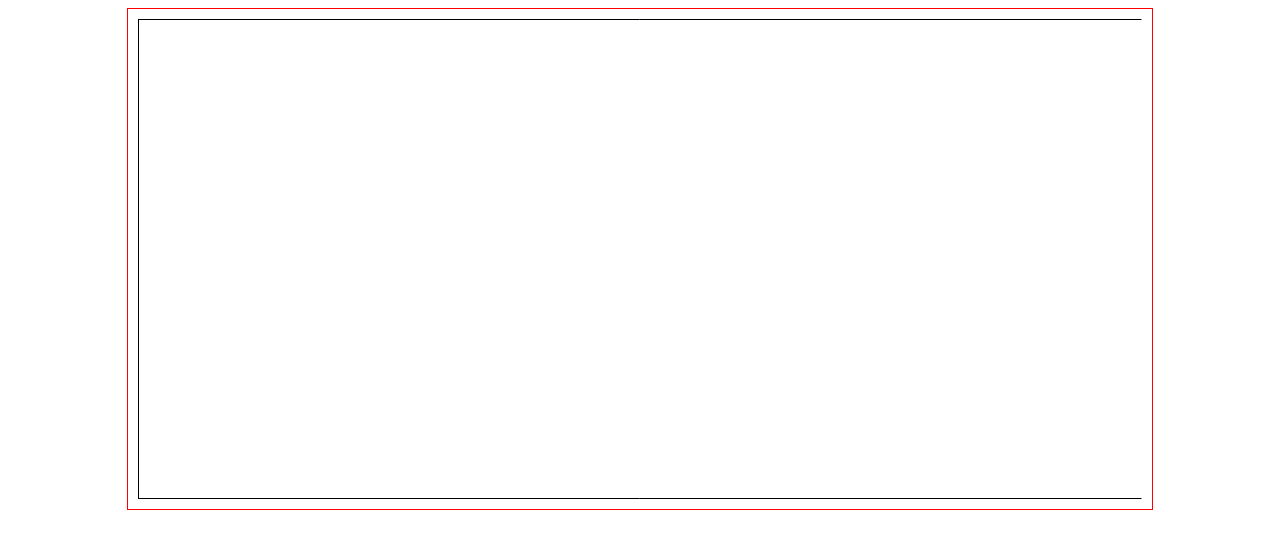
Repository: cw19931024/Demo
Page: canvas.html
These files come from the project's save history. The page is drawn as it stood at one moment and after the next save; the edit follows.
The browser window is 1280 px wide. The pictures show the whole page.

Above is the page before, as saved 2017-07-27 11:00:28.

After the next save:
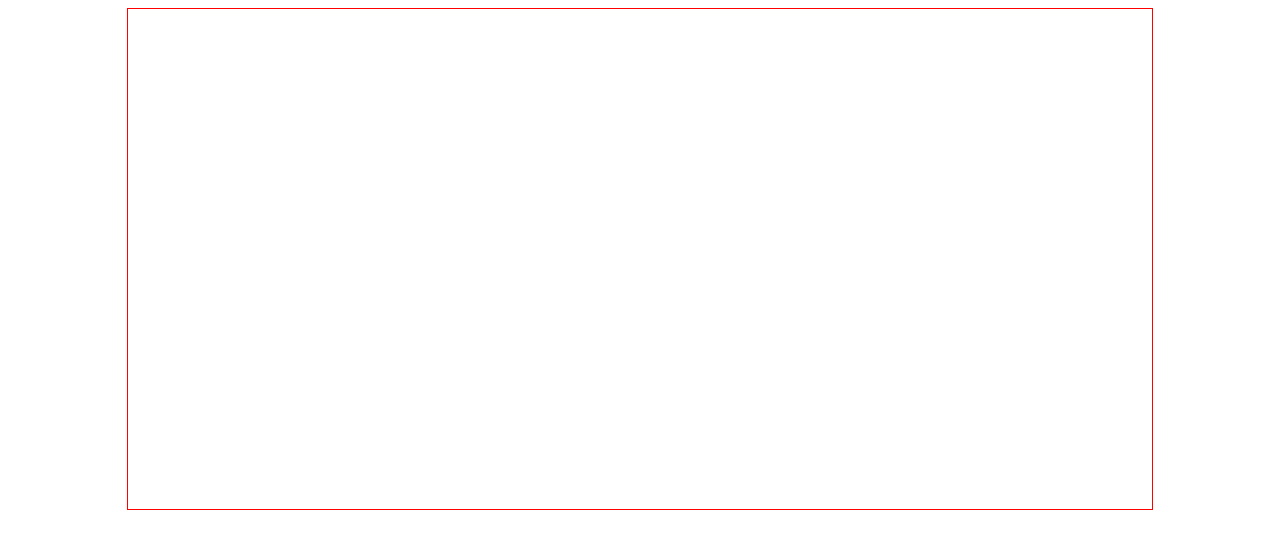
Console error: SyntaxError: Function statements require a function name
Saved 45 s later.
--- a/canvas.html
+++ b/canvas.html
@@ -73,6 +73,10 @@
     data.forEach(function(e){
 
     })
+
+    function(){
+
+    }
 </script>
 
 </html>

After the save that followed:
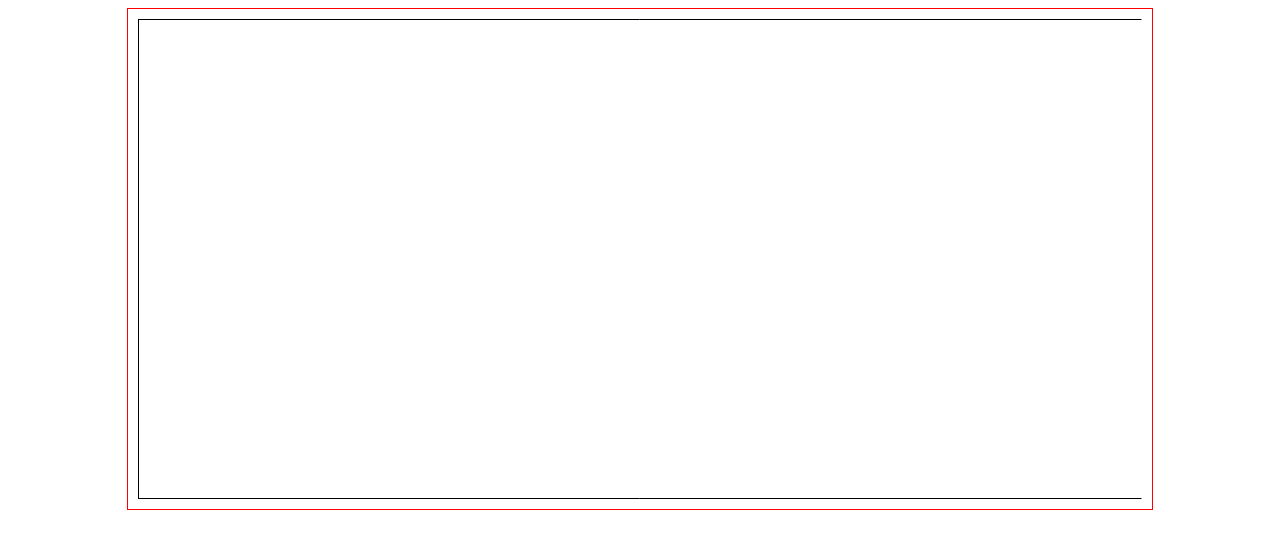
The error is gone.
Saved 71 s later.
--- a/canvas.html
+++ b/canvas.html
@@ -74,7 +74,7 @@
 
     })
 
-    function(){
+    function Edit(data,type){
 
     }
 </script>
